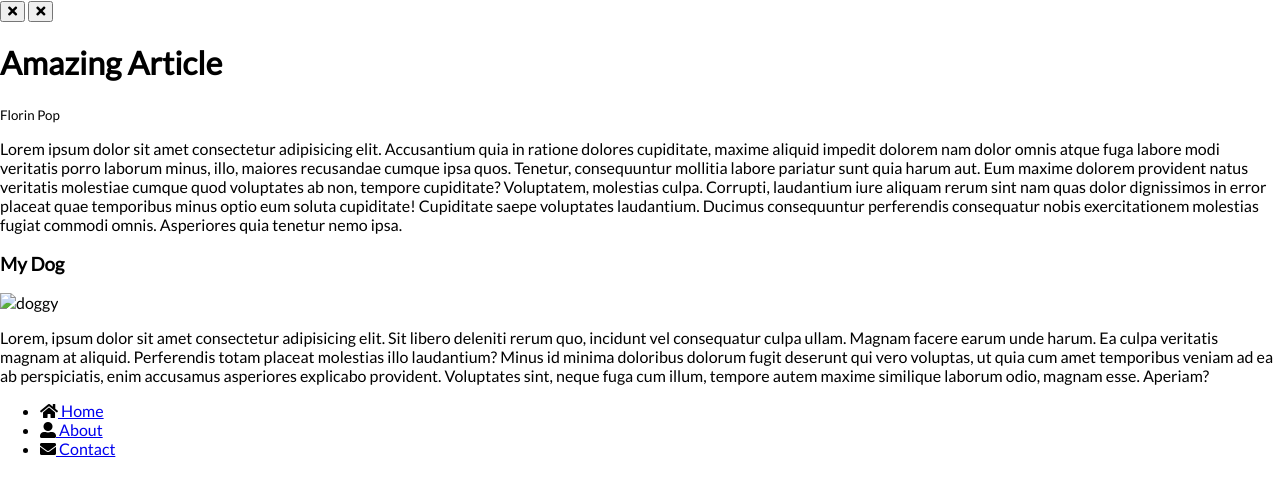
Repository: thecoachanna/rotating-navbar
Page: index.html
These files come from the project's save history. The page is drawn as it stood at one moment and after a run of saves; the edit follows.
The browser window is 1280 px wide. The pictures show the whole page.
Some web libraries are served in a nearby version.

Above is the page before, as saved 2023-02-16 09:00:00.

### index.html
<!DOCTYPE html>
<html lang="en">
<head>
    <meta charset="UTF-8">
    <meta http-equiv="X-UA-Compatible" content="IE=edge">
    <meta name="viewport" content="width=device-width, initial-scale=1.0">
    <link rel="stylesheet" href="https://cdnjs.cloudflare.com/ajax/libs/font-awesome/5.14.0/css/all.min.css" integrity="sha512-1PKOgIY59xJ8Co8+NE6FZ+LOAZKjy+KY8iq0G4B3CyeY6wYHN3yt9PW0XpSriVlkMXe40PTKnXrLnZ9+fkDaog==" crossorigin="anonymous" />
    <link rel="stylesheet" href="style.css" />
    <title>Rotating Navigation</title>
    <link rel="stylesheet" href="style.css">
    <title>Rotating Navigation</title>
</head>
<body>
    <div class="container">
        <div class="circle-container">
            <div class="circle">
                <button id="close">
                    <i class="fas fa-times"></i>
                </button>
                <button id="open">
                    <i class="fas fa-times"></i>
                </button>
            </div>
        </div>

        <div class="content">
        <h1>Amazing Article</h1>
        <small>Florin Pop</small>
        <p>Lorem ipsum dolor sit amet consectetur adipisicing elit. Accusantium quia in ratione dolores cupiditate, maxime aliquid impedit dolorem nam dolor omnis atque fuga labore modi veritatis porro laborum minus, illo, maiores recusandae cumque ipsa quos. Tenetur, consequuntur mollitia labore pariatur sunt quia harum aut. Eum maxime dolorem provident natus veritatis molestiae cumque quod voluptates ab non, tempore cupiditate? Voluptatem, molestias culpa. Corrupti, laudantium iure aliquam rerum sint nam quas dolor dignissimos in error placeat quae temporibus minus optio eum soluta cupiditate! Cupiditate saepe voluptates laudantium. Ducimus consequuntur perferendis consequatur nobis exercitationem molestias fugiat commodi omnis. Asperiores quia tenetur nemo ipsa.</p>

        <h3>My Dog</h3>
        <img src="" alt="doggy" />
        <p>Lorem, ipsum dolor sit amet consectetur adipisicing elit. Sit libero deleniti rerum quo, incidunt vel consequatur culpa ullam. Magnam facere earum unde harum. Ea culpa veritatis magnam at aliquid. Perferendis totam placeat molestias illo laudantium? Minus id minima doloribus dolorum fugit deserunt qui vero voluptas, ut quia cum amet temporibus veniam ad ea ab perspiciatis, enim accusamus asperiores explicabo provident. Voluptates sint, neque fuga cum illum, tempore autem maxime similique laborum odio, magnam esse. Aperiam?</p>
      </div>
    </div>

    <nav>
      <ul>
        <li><i class="fas fa-home"></i><a href="#"> Home</a></li>
        <li><i class="fas fa-user-alt"></i><a href="#"> About</a></li>
        <li><i class="fas fa-envelope"></i><a href="#"> Contact</a></li>
      </ul>
    </nav>
    <script src="script.js"></script>
</body>
</html>

### style.css
@import url('https://fonts.googleapis.com/css2?family=Lato&display=swap');


* {
    box-sizing: border-box;
}

body {
    font-family: 'Lato', sans-serif;
    overflow-x: hidden;
    margin: 0;
}

Loaded but not shown: script.js (no copy from this time; the picture is the same without it)

After the next 3 saves:
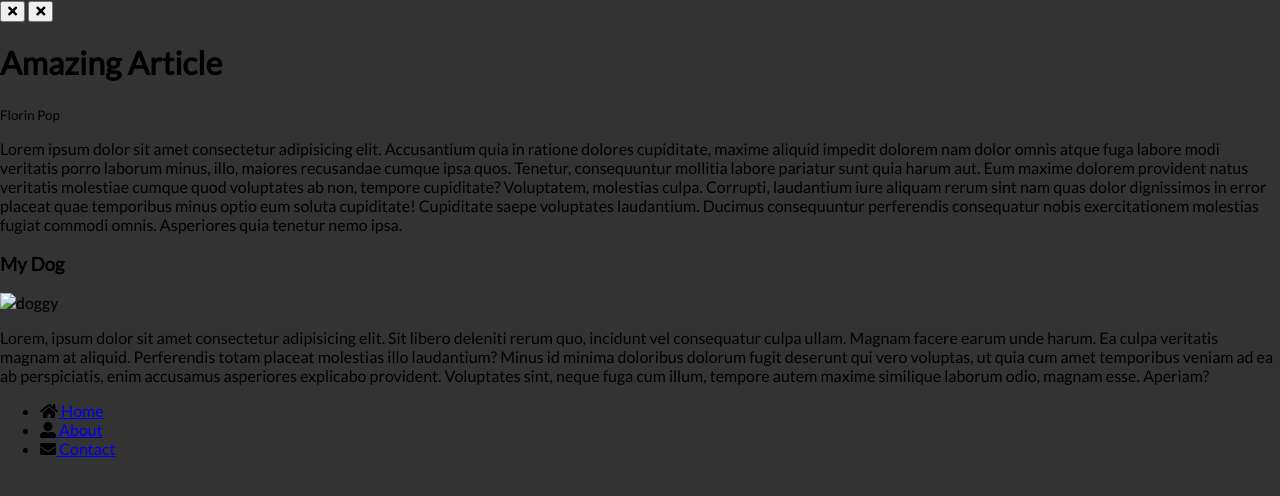
The 3 saves are shown as one change because they came seconds apart.
The last was saved 20 s later.
--- a/style.css
+++ b/style.css
@@ -7,6 +7,7 @@
 
 body {
     font-family: 'Lato', sans-serif;
+    background-color: #333;
     overflow-x: hidden;
     margin: 0;
 }
